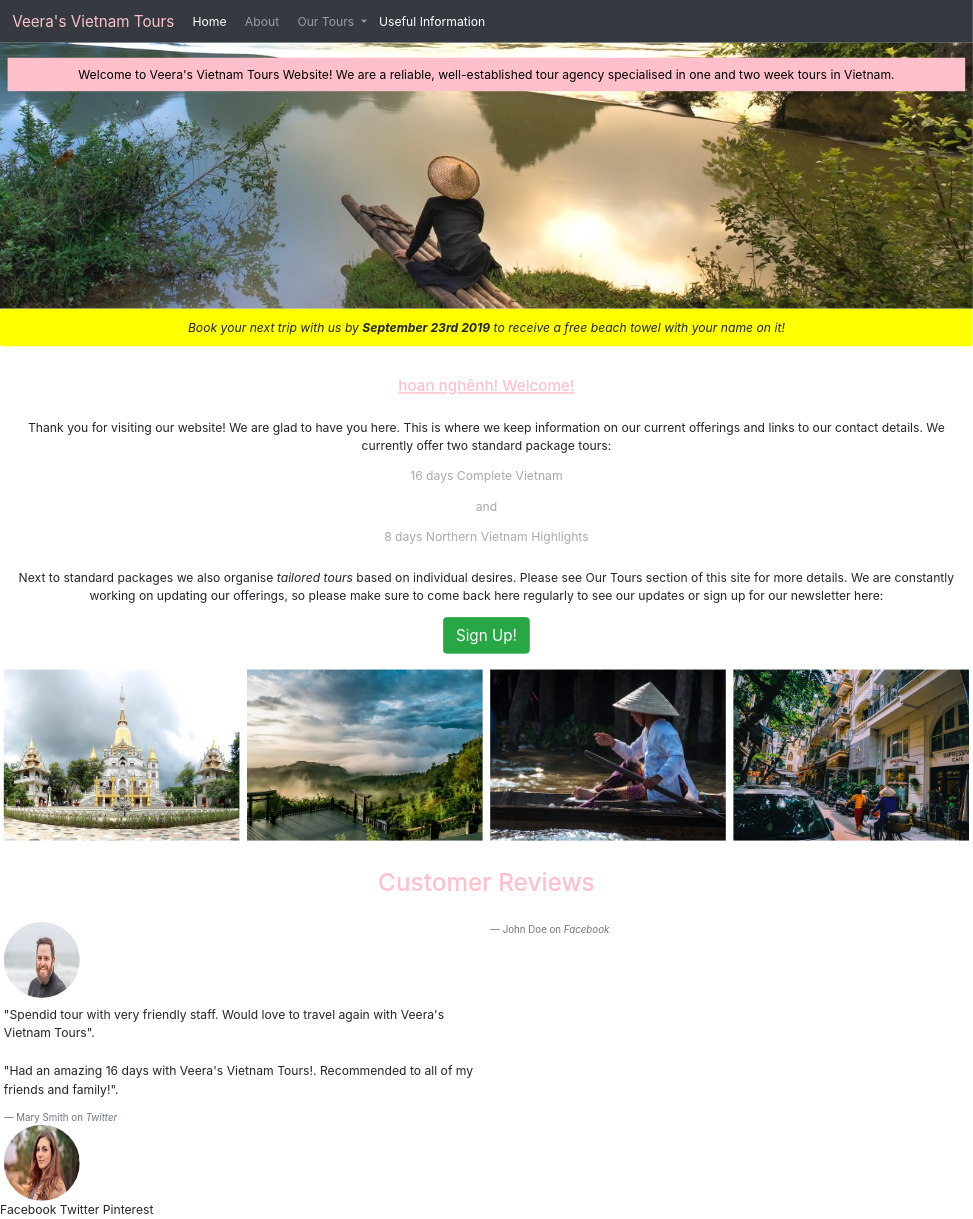
Repository: VAhola/VietnamTour
Page: index.html
The author's editor kept a record of every edit. The page is drawn from the files as they stood at one moment, then again after the next edit.
The browser window is 1280 px wide. The pictures show the whole page, at 76% of full size.

Above is the page before.

### index.html
<!DOCTYPE html>
<html lang="en">
<head>
    <meta charset="UTF-8">
    <meta name="viewport" content="width=device-width, initial-scale=1.0">
    <meta http-equiv="X-UA-Compatible" content="ie=edge">
    <link rel="stylesheet" href="https://stackpath.bootstrapcdn.com/bootstrap/4.3.1/css/bootstrap.min.css" type="text/css" />
    <link rel="stylesheet" href="https://stackpath.bootstrapcdn.com/font-awesome/4.7.0/css/font-awesome.min.css" type="text/css" />
    <link rel="stylesheet" href="style.css" type="text/css" />
    <title>Vietnam Project</title>
</head>
<body>

<!--Nav-->

<nav class="navbar navbar-dark navbar-expand-sm bg-dark">
    <a href="index.html" class="navbar-brand title">Veera's Vietnam Tours</a>
    <button class="navbar-toggler ml-auto" type="button" data-toggle="collapse" data-target="#navbarNavDropdown" aria-controls="navbarNavDropdown" aria-expanded="false" aria-label="Toggle navigation">
        <span class="navbar-toggler-icon"></span>
    </button>
    <div class="collapse navbar-collapse" id="navbarNavDropdown">
        <ul class="navbar-nav mr-auto">
            <li class="active nav-item mr-2"><a class="nav-link" href="index.html">Home</a></li>
            <li class="nav-item mr-2"><a class="nav-link" href="about.html">About</a></li>
            <li class="nav-item dropdown">
                <a class="nav-link dropdown-toggle" href="#" id="navbarDropdownMenuLink" role="button" data-toggle="dropdown" aria-haspopup="true" aria-expanded="false">
                  Our Tours
                </a>
                    <div class="dropdown-menu" aria-labelledby="navbarDropdownMenuLink">
                        <a class="dropdown-item" href="16d.html">16 Day Complete Vietnam</a>
                        <a class="dropdown-item" href="8d.html">8 Days Vietnam at glance</a>
                        <a class="dropdown-item" href="#">Customised Tours</a>
                    </div>
            </li>
            <li class="active nav-item mr-2"><a class="nav-link" href="Info.html">Useful Information</a></li>
        </ul>
    </div>
</nav>

<!-- /.nav -->

<!--Banner-->

<div class="section1">
    <p class="intro">
     Welcome to Veera's Vietnam Tours Website!

     We are a reliable, well-established tour agency specialised in one and two week tours in Vietnam.
    </p>
 </div>

<!-- /.banner -->

    <div class="alert towel"><em>Book your next trip with us by <strong>September 23rd 2019</strong>  to receive a free beach towel with your name on it!</em></div>


<div>
      <h5>hoan nghênh! Welcome!</h5>
<div class="desth">


     <p>Thank you for visiting our website! We are glad to have you here. This is where we keep information on our current offerings and links to our contact details.
    We currently offer two standard package tours:</p>
    <div class="tours">
        <p>16 days Complete Vietnam </p>
        <p>and</p>
        <p>8 days Northern Vietnam Highlights</p>
    </div>

     <p>Next to standard packages we also organise <em>tailored tours</em> based on individual desires. Please see Our Tours section of this site for more details. We are constantly working on updating our offerings, so please make sure to come back here regularly to see our updates or sign up for our newsletter here:
<br>

    <p><button class="btn btn-lg btn-success" data-toggle="modal" data-target="#signUpModal">Sign Up!</button></p>
     </div>

</div>
</div>
</div>

<div class="gallery">
<figure class="gallery_item gallery__item1">
    <img src="Assets/pictures/pagoda-704657_640.jpg" class="gallery__img" alt="Image 1">
</figure>
<figure class="gallery__item gallery__item--2">
    <img src="Assets/pictures/pagoda-2096468_640.jpg" class="gallery__img" alt="Image 2">
</figure>
<figure class="gallery__item gallery__item--3">
    <img src="Assets/pictures/vietnam-630445_640.jpg" class="gallery__img" alt="Image 3">
    </figure>
<figure class="gallery__item gallery__item--4">
    <img src="Assets/pictures/architecture-buildings-car-1004122.jpg" class="gallery__img" alt="Image 4">
    </figure>

 </div>

       <h2>Customer Reviews</h2>

<div class="review people">
      <div class="d-none d-sm-block right1">
          <img src="Assets/pictures/adult-beach-casual-736716.jpg" class="rounded-circle mr-3" height=100 width=100>
      </div>
      <footer class="blockquote-footer">John Doe on <cite title="Facebook">Facebook</cite></footer>
      <p>"Spendid tour with very friendly staff. Would love to travel again with Veera's Vietnam Tours".</p>
<br>
<br>
      <div class="d-none d-sm-block">
      <p>"Had an amazing 16 days with Veera's Vietnam Tours!. Recommended to all of my friends and family!".</p>
      <footer class="blockquote-footer">Mary Smith on <cite title="Twitter">Twitter</cite></footer>
          <img src="Assets/pictures/beautiful-blur-blurred-background-733872.jpg" class="rounded-circle mr-3" height=100 width=100>
      </div>
 </div>


 <footer>
        Facebook
        Twitter
        Pinterest
 </footer>

    <script src="https://code.jquery.com/jquery-3.3.1.slim.min.js" integrity="sha384-q8i/X+965DzO0rT7abK41JStQIAqVgRVzpbzo5smXKp4YfRvH+8abtTE1Pi6jizo" crossorigin="anonymous"></script>
    <script src="https://cdnjs.cloudflare.com/ajax/libs/popper.js/1.14.3/umd/popper.min.js" integrity="sha384-ZMP7rVo3mIykV+2+9J3UJ46jBk0WLaUAdn689aCwoqbBJiSnjAK/l8WvCWPIPm49" crossorigin="anonymous"></script>
    <script src="https://stackpath.bootstrapcdn.com/bootstrap/4.1.3/js/bootstrap.min.js" integrity="sha384-ChfqqxuZUCnJSK3+MXmPNIyE6ZbWh2IMqE241rYiqJxyMiZ6OW/JmZQ5stwEULTy" crossorigin="anonymous"></script>

</body>
</html>

### style.css
html {
    border: none;
}

/*------------- Styling the header -----------*/

.header {
    background-color: #4F4F4F;
    background-position: center;
    text-align: center;
    background-size: cover;
    color: #fafafa;
    margin:0;
    padding-bottom: 10px;
    padding-top: 10px;

}


.button {
    color: white;
}


.navbar-dark .navbar-brand {
    color: pink;

}

.dropdown-menu {
    background-color: #4F4F4F;
}

.dropdown-item {
    color: #b9bec3;
}


a {
    color:#fafafa;
}

.section1 {
    background-size: unset;
    text-align: center;
    background-image: url(Assets/pictures/bamboo-boat-clouds-cloudscape-2132098.jpg);
    background-repeat: no-repeat;
    min-height: 350px;
    color: black;
    padding: 20px 10px;
    background-position-y: bottom;
    background-position-x: center;
    background-color: darkgray;
}

.intro {
    background-color: pink;
    padding-top:10px;
    padding-bottom:10px;
}
h1, h2, h3{
    color: PINK;
    text-align: center;
    padding-bottom:20px;
    padding-top: 20px;
}

h5 {
    color: pink;
    text-align: center;
    margin-top: 40px;
    margin-bottom: 30px;
    text-decoration: underline
}

.logo {
    background: url("Assets/pictures/adults-buildings-cars-1701001.jpg");
    background-position: center;
    background-repeat: no-repeat;
    background-size: cover;
    min-height: 260px;
    max-height: 440px;
    max-width: 95%
    transition: all .5s ease-in-out;
    -moz-transition: all .5s ease-in-out;
    -webkit-transition: all .5s ease-in-out;
}

li {
    list-style: none;
    text-align: center
}

.tours {
    color:darkgray;
    text-align:center;
    margin-bottom:30px;
}

.about_us {
    text-align: justify;
    margin-left: 5px;
    margin-right: 10px;
}

.contacts {
    margin-left: 20px;
    margin-right: 10px;
}

.man {
    background-image: url(Assets/pictures/hanoi-man-market-1004123.jpg);

}

.towel {
 text-align:center;
 padding-left:15px;
 padding-right:15px;
 background-color: yellow;
}

.internary16 {
    text-align: left;
    margin: 10px 20px;
    align-content: center;
    text-align: justify;
}

.right {
    height:200px;
    word-break: break-word;
    float:right;
    margin: 5px;
}

.left {
    height:200px;
    word-break: break-word;
    float:left;
    margin: 5px;
}

.woman {
    float: right;
}


article {
    margin: 5px;
}

img.iten_right {
    border: 1px solid #ddd;
    border-radius: 4px;
    padding: 5px;
    width: 300px;
    margin-left: 10px;
}

img.iten_left {
    border: 1px solid #ddd;
    border-radius: 4px;
    padding: 5px;
    width: 300px;
    margin-right: 10px;
}

img.map_right {
    border: 1px solid #ddd;
    border-radius: 4px;
    width: 130px;
    margin-left: 10px;
}




banner2 {
    display: inline-block;
}

.bggray {
    background-color: #f4f3f3;
    padding-bottom: 10px;
}

.section2 {
    background-size: unset;
    text-align: center;
    background-image: url(Assets/pictures/chaly-pavement-road-2044867.jpg);
    background-repeat: no-repeat;
    min-height: 350px;
    color: black;
    padding: 20px 10px;
    background-position-y: bottom;
    background-position-x: center;
    background-color: darkgray;
}

.dest {
    margin-left: 10px;
    margin-right: 10px;
}

.desth {
    margin-left: 10px;
    margin-right: 10px;
    text-align:center;
}

.ready {
    background-clip: white;
    margin-left: 10px;
    margin-right: 10px;
}

.grid-container-new {
  display: grid;
  justify-content: space-evenly;
  grid-template-columns: 25% 25% 25%; /*Make the grid smaller than the container*/
  grid-gap: 5px;
  padding: 10px;
}

.grid-container {
  display: grid;
  justify-content: space-evenly;
  grid-template-columns: 80% 20%; /*Make the grid smaller than the container*/
  grid-gap: 5px;
  padding: 10px;
}

.grid-item {
  background-color: rgba(255, 255, 255, 0.8);
  border: 1px solid rgba(0, 0, 0, 0.8);
  padding: 20px;
  font-size: 30px;
  text-align: center;
}

.gallery {
    display: grid;
    grid-template-columns: repeat(4, 1fr);
    grid-gap: 10px;
    margin-left: 5px;
    margin-right: 5px;
    padding-top:5px;
}

.gallery__img {
    width: 100%;
    height: 100%;
    object-fit: cover;
}

.people {
    display: grid;
    grid-template-columns: repeat(2, 1fr);
    grid-gap: 10px;
    margin-left: 5px;
    margin-right: 5px;
    padding-top:5px;
}

.people__img {
    width: 100%;
    height: 100%;
    object-fit: cover;
}

.header5 {
    color: pink;
    text-decoration: underline;
}

.review1{
    display: inline-block;
}

/* media queries */

@media (max-width:767px) {
    body {
    font-size:small;
    }
    .review{
    text-align:center;
    padding:20px 10px;
    margin-bottom:40px;
    display:inline;
    font-size:small;
    }

@media (min-width: 768px) and (max-width: 991px) {
    .review {
    text-align:center;
    padding:20px 10px;
    margin-bottom:40px;
    display:flex;
    font-size:small;
    }
}

@media (min-width: 992px) and (max-width: 1800px) {
    .review{
    text-align:center;
    padding:20px 10px;
    margin-bottom:40px;
    margin-left: 20px;
    margin-right: 20px;
    display:inline-flex;
    }
}

After the next edit:
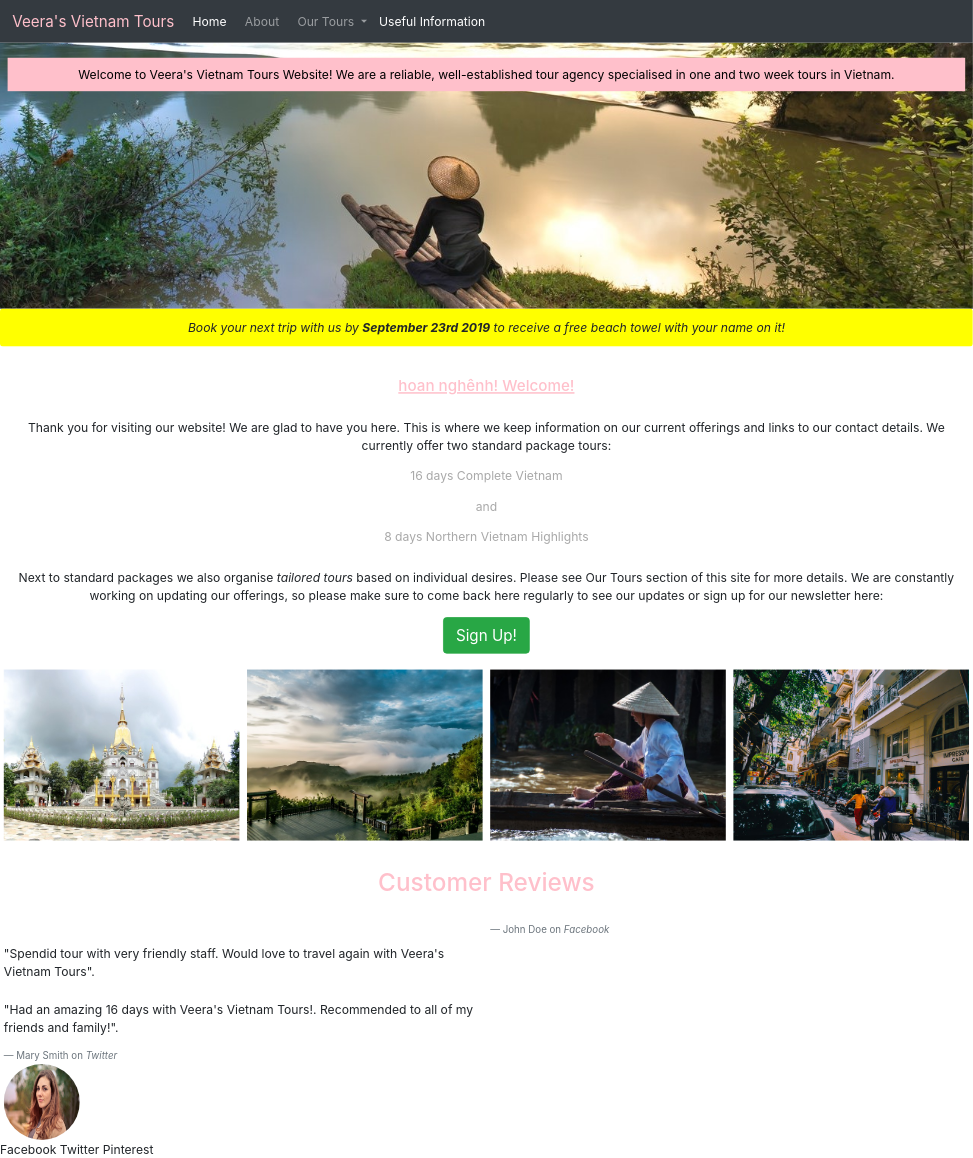
The edit:
--- a/index.html
+++ b/index.html
@@ -96,8 +96,7 @@
        <h2>Customer Reviews</h2>
 
 <div class="review people">
-      <div class="d-none d-sm-block right1">
-          <img src="Assets/pictures/adult-beach-casual-736716.jpg" class="rounded-circle mr-3" height=100 width=100>
+      <div class="d-none d-sm-block">
       </div>
       <footer class="blockquote-footer">John Doe on <cite title="Facebook">Facebook</cite></footer>
       <p>"Spendid tour with very friendly staff. Would love to travel again with Veera's Vietnam Tours".</p>
